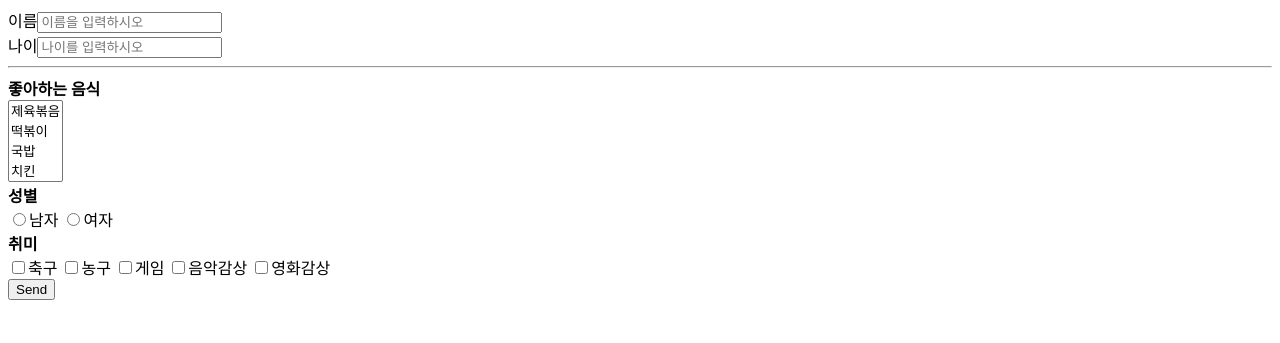
Repository: pillz9408/Jsp-Servlet
Page: jspstudy/day02/src/main/webapp/userInfo2.html
The author's editor kept a copy of each file at every save. The page is drawn from the files as they stood at one save, then again after the next save.
The browser window is 1280 px wide. The pictures show the whole page.

Above is the page before, as saved 2022-10-05 03:18:13.

After the next save:
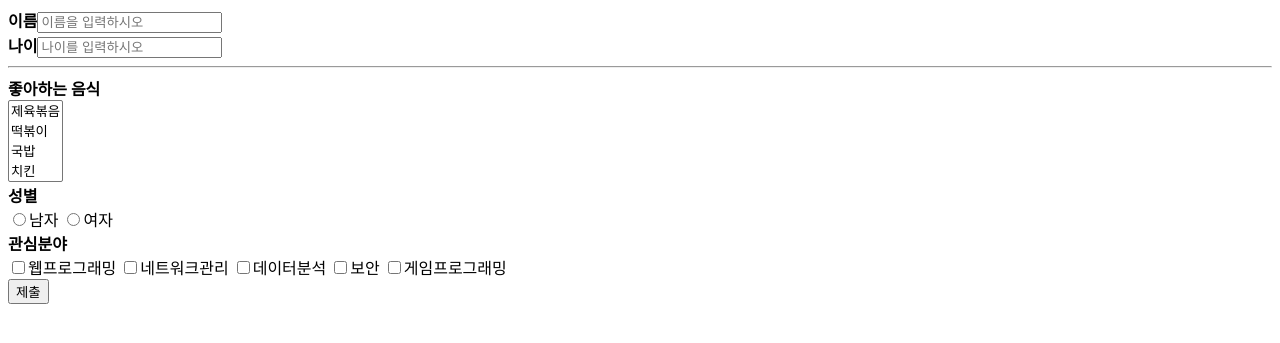
Saved 113 s later.
--- a/jspstudy/day02/src/main/webapp/userInfo2.html
+++ b/jspstudy/day02/src/main/webapp/userInfo2.html
@@ -6,8 +6,8 @@
 </head>
 <body>
 <form action="userinfo2">
-	이름<input type="text" name="name" placeholder="이름을 입력하시오"><br>
-	나이<input type="text" name="age" placeholder="나이를 입력하시오"><br>
+	<b>이름</b><input type="text" name="name" placeholder="이름을 입력하시오"><br>
+	<b>나이</b><input type="text" name="age" placeholder="나이를 입력하시오"><br>
 	<hr> <!--<hr>=구분선  -->
 	<b>좋아하는 음식</b><br><select name='food' multiple size=4><!--multiple = 복수 선택 가능  -->
 		<option value="제육볶음">제육볶음
@@ -17,13 +17,13 @@
 	</select><br>
 	<b>성별</b><br><input type="radio"name="gender" value="남자">남자
 	<input type="radio"name="gender" value="여자">여자<br>
-	<b>취미</b><br><input type="checkbox"name="hobby" value="축구">축구
-	<input type="checkbox"name="hobby" value="농구">농구
-	<input type="checkbox"name="hobby" value="게임">게임
-	<input type="checkbox"name="hobby" value="음악감상">음악감상
-	<input type="checkbox"name="hobby" value="영화감상">영화감상
+	<b>관심분야</b><br><input type="checkbox"name="interest" value="웹프로그래밍">웹프로그래밍
+	<input type="checkbox"name="interest" value="네트워크관리">네트워크관리
+	<input type="checkbox"name="interest" value="데이터분석">데이터분석
+	<input type="checkbox"name="interest" value="보안">보안
+	<input type="checkbox"name="interest" value="게임프로그래밍">게임프로그래밍
 	<br>
-	<input type="submit" value="Send">
+	<input type="submit" value="제출">
 	</form>
 
 </body>
